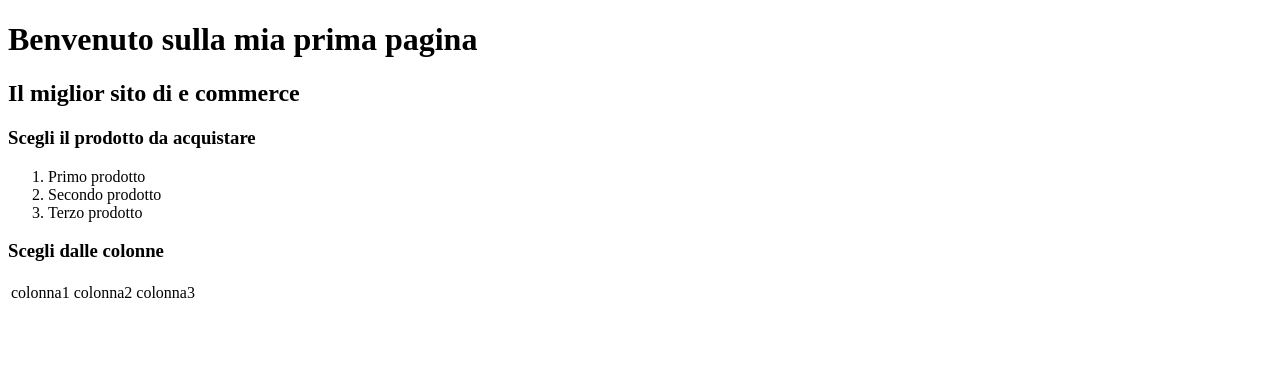
Repository: AndreaGuastaferro/Repository_Andrea_Guastaferro_Front
Page: cartella_html/NUOVO_HTML/NewFile.html
These files come from the project's save history. The page is drawn as it stood at one moment and after the next save; the edit follows.
The browser window is 1280 px wide. The pictures show the whole page.

Above is the page before, as saved 2018-10-22 08:31:12.

### cartella_html/NUOVO_HTML/NewFile.html
<!DOCTYPE html>
<html>
<head>
<meta charset="ISO-8859-1">
<title>Insert title here</title>
</head>
<body>
	<h1> Benvenuto sulla mia prima pagina</h1>
	<h2> Il miglior sito di e commerce</h2>
	<h3> Scegli il prodotto da acquistare</h3>

	<ol>
		<li> Primo prodotto</li>
		<li> Secondo prodotto </li>
		<li> Terzo prodotto </li>
	</ol>

	<h3> Scegli dalle colonne</h3>


	<table>
		<tr>

		<td>colonna1</td>
		<td>colonna2</td>
		<td>colonna3</td>

	</table>

</body>
</html>

After the next save:
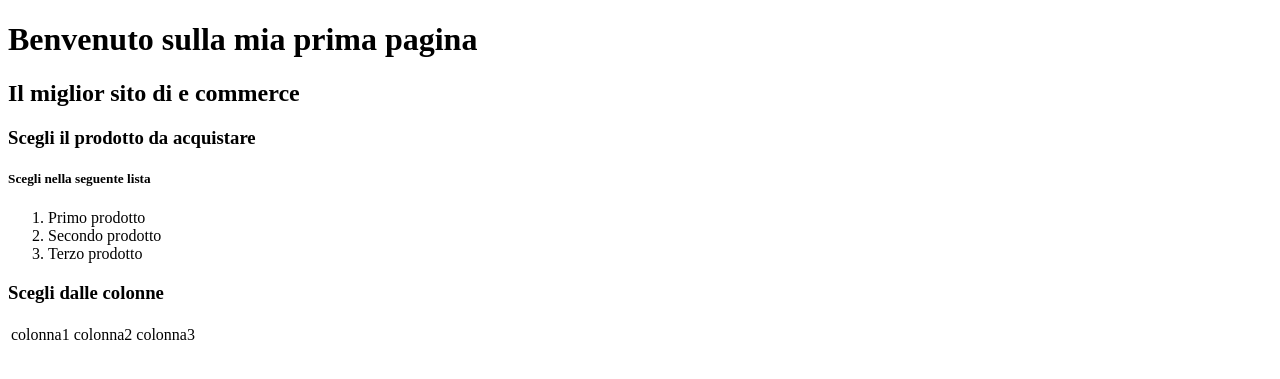
Saved 20 s later.
--- a/cartella_html/NUOVO_HTML/NewFile.html
+++ b/cartella_html/NUOVO_HTML/NewFile.html
@@ -9,11 +9,13 @@
 	<h2> Il miglior sito di e commerce</h2>
 	<h3> Scegli il prodotto da acquistare</h3>
 
+	<h5> Scegli nella seguente lista</h5>
 	<ol>
 		<li> Primo prodotto</li>
 		<li> Secondo prodotto </li>
 		<li> Terzo prodotto </li>
 	</ol>
+
 
 	<h3> Scegli dalle colonne</h3>
 
